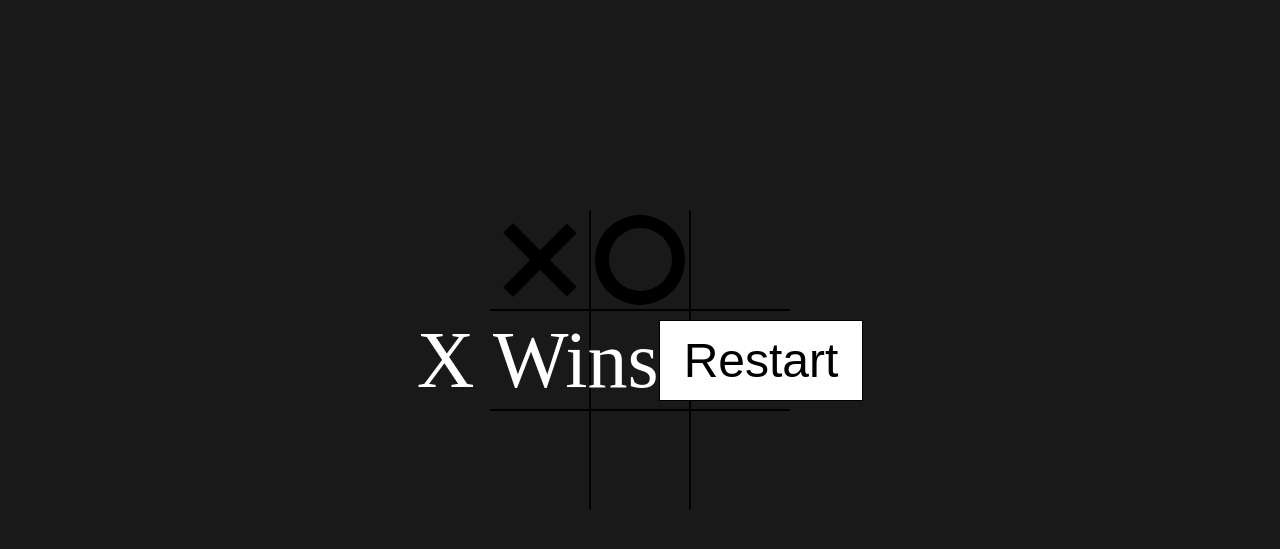
Repository: kate30980/pratice-tictactoe
Page: index.html
An editor plug-in stored every save of this project. The page is shown before and after the next save, followed by the edit.
The browser window is 1280 px wide. The pictures show the whole page.
The pointer rests on the first visible `.winning-message button`.

Above is the page before, as saved 2021-08-05 22:34:14.
Not found: script.js

After the next save:
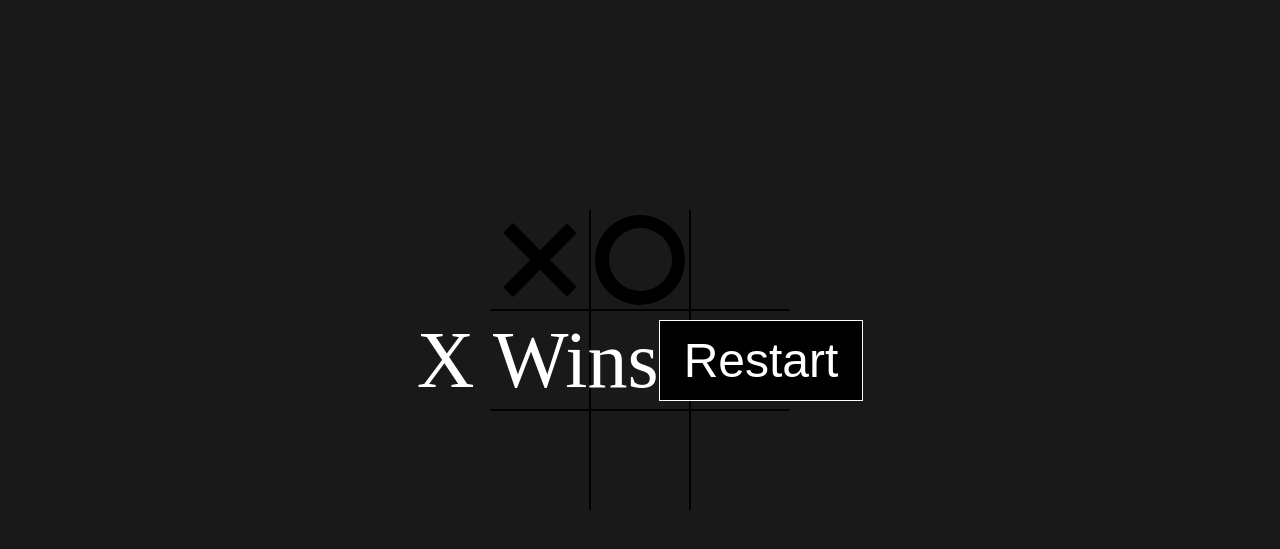
Saved 57 s later.
--- a/styles.css
+++ b/styles.css
@@ -125,3 +125,8 @@ body {
   padding: 0.25em 0.5em;
   cursor: pointer;
 }
+.winning-message button:hover {
+  background-color: black;
+  color: white;
+  border-color: white;
+}
